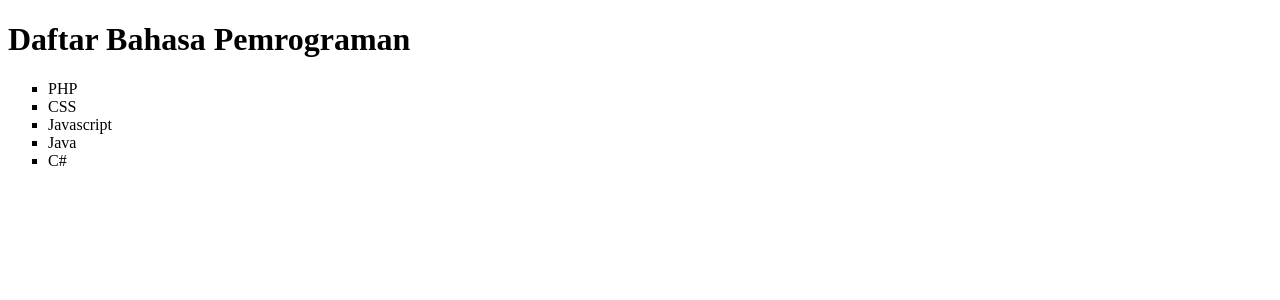
Repository: AHSANS354/tugas-sib5
Page: list.html
The author's editor kept a copy of each file at every save. The page is drawn from the files as they stood at one save, then again after the next save.
The browser window is 1280 px wide. The pictures show the whole page.

Above is the page before, as saved 2023-08-18 13:27:34.

### list.html
<!DOCTYPE html>
<html lang="en">
  <head>
    <meta charset="UTF-8" />
    <meta name="viewport" content="width=device-width, initial-scale=1.0" />
    <title>Kuy Belajar bikin List</title>
  </head>
  <body>
    <h1>Daftar Bahasa Pemrograman</h1>
    <ul type="square">
      <li>PHP</li>
      <li>CSS</li>
      <li>Javascript</li>
      <li>Java</li>
      <li>C#</li>
    </ul>
  </body>
</html>

After the next save:
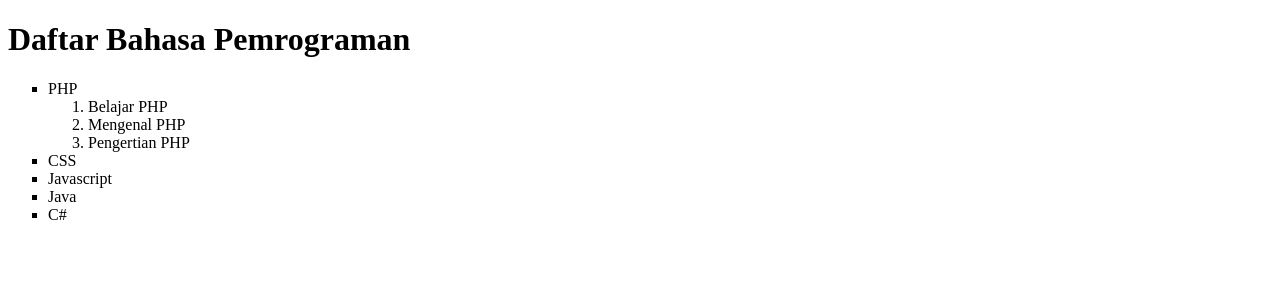
Saved 2 min 32 s later.
--- a/list.html
+++ b/list.html
@@ -8,7 +8,14 @@
   <body>
     <h1>Daftar Bahasa Pemrograman</h1>
     <ul type="square">
-      <li>PHP</li>
+      <li>
+        PHP
+        <ol type="1">
+          <li>Belajar PHP</li>
+          <li>Mengenal PHP</li>
+          <li>Pengertian PHP</li>
+        </ol>
+      </li>
       <li>CSS</li>
       <li>Javascript</li>
       <li>Java</li>
